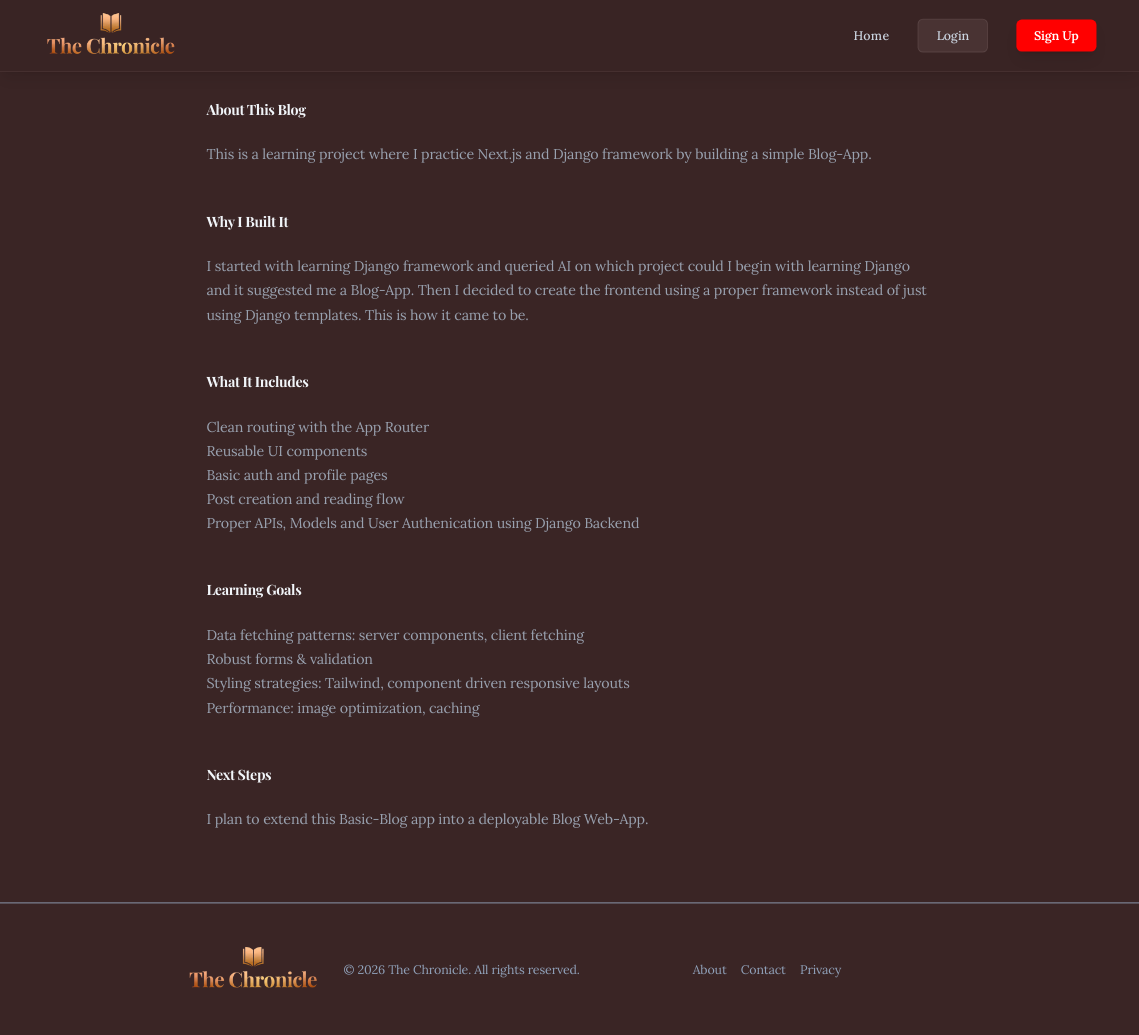
Repository: swaruplamsal/BasicBlogApp
Page: /about (app in blog-frontend/)
An editor plug-in stored every save of this project. The page is shown before and after the next save, followed by the edit.
The browser window is 1280 px wide. The pictures show the whole page, at 89% of full size.
The page's requests for data from a server got no answer. The project was rebuilt for these pictures with package versions that can differ from the ones it lists, and the page was loaded fresh each time. The framework's server and built-in components were replaced by stand-ins that run in the browser. No one was signed in, and anything a server would have sent is missing. Also part of the build but not shown: blog-frontend/next.config.mjs, blog-frontend/app/components/Avatar.js.

Above is the page before, as saved 2026-02-07 21:21:11.

### blog-frontend/app/layout.js
// app/layout.js
import { Lora, Playfair_Display } from "next/font/google";
import { AuthProvider } from "./context/AuthContext";
import { generateSiteMetadata } from "../lib/metadata";
import "./globals.css";

export const metadata = generateSiteMetadata();

const lora = Lora({
  subsets: ["latin"],
  weight: ["400", "500", "600", "700"],
  variable: "--font-lora",
});

const playfair = Playfair_Display({
  subsets: ["latin"],
  weight: ["400", "500", "600", "700", "900"],
  variable: "--font-playfair",
});

export default function RootLayout({ children }) {
  return (
    <html lang="en">
      <body className={`${lora.variable} ${playfair.variable}`}>
        <AuthProvider>{children}</AuthProvider>
      </body>
    </html>
  );
}

### blog-frontend/app/about/page.js
import Navbar from "../components/Navbar";
import Footer from "../components/Footer";

const sectionStyle = {
  marginTop: "1.5rem",
};

export default function About() {
  return (
    <div className="dark:bg-slate-950 text-gray-400">
      <Navbar />
      <main style={{ padding: "2rem", maxWidth: "880px", margin: "0 auto" }}>
        <h1>About This Blog</h1>
        <br />

        <p>
          This is a learning project where I practice Next.js and Django
          framework by building a simple Blog-App.
        </p>
        <br />
        <section style={sectionStyle}>
          <h2>Why I Built It</h2>
          <br />
          <p>
            I started with learning Django framework and queried AI on which
            project could I begin with learning Django and it suggested me a
            Blog-App. Then I decided to create the frontend using a proper
            framework instead of just using Django templates. This is how it
            came to be.
          </p>
        </section>
        <br />

        <section style={sectionStyle}>
          <h2>What It Includes</h2>
          <br />
          <ul>
            <li>Clean routing with the App Router</li>
            <li>Reusable UI components</li>
            <li>Basic auth and profile pages</li>
            <li>Post creation and reading flow</li>
            <li>
              Proper APIs, Models and User Authenication using Django Backend
            </li>
          </ul>
        </section>
        <br />

        <section style={sectionStyle}>
          <h2>Learning Goals</h2>
          <br />
          <ul>
            <li>Data fetching patterns: server components, client fetching</li>
            <li>Robust forms & validation</li>
            <li>
              Styling strategies: Tailwind, component driven responsive layouts
            </li>
            <li>Performance: image optimization, caching</li>
          </ul>
        </section>
        <br />

        <section style={sectionStyle}>
          <h2>Next Steps</h2>
          <br />
          <p>
            I plan to extend this Basic-Blog app into a deployable Blog Web-App.
          </p>
        </section>
      </main>
      <Footer />
    </div>
  );
}

### blog-frontend/app/context/AuthContext.js
"use client";

import { createContext, useContext, useState, useEffect } from "react";
import { authApi } from "../../lib/api";

const AuthContext = createContext();

// Helper function to get initial state from localStorage
function getInitialAuth() {
  if (typeof window === "undefined") {
    return { token: null, user: null };
  }

  const savedToken = localStorage.getItem("token");
  const savedUser = localStorage.getItem("user");

  return {
    token: savedToken || null,
    user: savedUser ? JSON.parse(savedUser) : null,
  };
}

export function AuthProvider({ children }) {
  const [user, setUser] = useState(() => getInitialAuth().user);
  const [token, setToken] = useState(() => getInitialAuth().token);

  // Sync user data with backend on mount if token exists
  useEffect(() => {
    if (typeof window === "undefined" || !token) return;

    const syncUserData = async () => {
      try {
        const completeUser = await authApi.getCurrentUser();
        setUser(completeUser);
        localStorage.setItem("user", JSON.stringify(completeUser));
      } catch (error) {
        // If sync fails, user might be logged out - clear auth state
        setToken(null);
        setUser(null);
        localStorage.removeItem("token");
        localStorage.removeItem("user");
      }
    };

    syncUserData();
  }, [token]);

  const login = async (username, password) => {
    try {
      const data = await authApi.login(username, password);

      setToken(data.token);
      localStorage.setItem("token", data.token);

      // Fetch complete user data including profile
      try {
        const completeUser = await authApi.getCurrentUser();
        setUser(completeUser);
        localStorage.setItem("user", JSON.stringify(completeUser));
      } catch (profileError) {
        // Fallback to basic user data if profile fetch fails
        setUser(data.user);
        localStorage.setItem("user", JSON.stringify(data.user));
      }

      return { success: true };
    } catch (error) {
      return { success: false, error: error.message };
    }
  };

  const signup = async (username, email, password) => {
    try {
      const data = await authApi.signup(username, email, password);

      setToken(data.token);
      setUser(data.user);
      localStorage.setItem("token", data.token);
      localStorage.setItem("user", JSON.stringify(data.user));
      return { success: true };
    } catch (error) {
      return { success: false, error: error.message };
    }
  };

  const logout = () => {
    setToken(null);
    setUser(null);
    localStorage.removeItem("token");
    localStorage.removeItem("user");
  };

  const refreshUser = async () => {
    if (!token) return;

    try {
      const completeUser = await authApi.getCurrentUser();
      setUser(completeUser);
      localStorage.setItem("user", JSON.stringify(completeUser));
    } catch (error) {
      console.log("Failed to refresh user data:", error.message);
    }
  };

  return (
    <AuthContext.Provider
      value={{ user, token, login, signup, logout, refreshUser }}
    >
      {children}
    </AuthContext.Provider>
  );
}

export function useAuth() {
  return useContext(AuthContext);
}

### blog-frontend/lib/metadata.js
// Helper functions for generating metadata

export const generateSiteMetadata = () => ({
  title: {
    template: "%s | The Chronicle",
    default: "The Chronicle - Where Stories Matter",
  },
  description:
    "Discover thoughtful perspectives, compelling narratives, and insights that challenge the ordinary.",
  keywords: ["blog", "stories", "articles", "writing", "chronicle"],
  authors: [{ name: "The Chronicle Team" }],
  openGraph: {
    type: "website",
    locale: "en_US",
    siteName: "The Chronicle",
  },
  twitter: {
    card: "summary_large_image",
  },
  // Fallback favicon / site icon. Place a file at public/favicon.png (or /favicon.ico)
  icons: {
    icon: "/favicon.png",
    apple: "/favicon.png",
  },
});

export const generatePostMetadata = (post) => {
  if (!post) return {};

  return {
    title: post.title,
    description: post.content.substring(0, 160) + "...",
    keywords: post.tags?.map((tag) => tag.name) || [],
    authors: [{ name: post.author?.username || "Anonymous" }],
    openGraph: {
      title: post.title,
      description: post.content.substring(0, 160) + "...",
      type: "article",
      publishedTime: post.created_at,
      modifiedTime: post.updated_at,
      authors: [post.author?.username || "Anonymous"],
      tags: post.tags?.map((tag) => tag.name) || [],
    },
    twitter: {
      card: "summary_large_image",
      title: post.title,
      description: post.content.substring(0, 160) + "...",
    },
  };
};

### blog-frontend/app/globals.css
@import "tailwindcss";

@layer base {
  :root {
    /* Bold Editorial Theme - Color Hunt Palette */
    --background: #3a2525;
    --background-elevated: #4a3535;
    --background-hover: #5a4545;
    --foreground: #f1f5f9;
    --foreground-muted: #cbd5e1;
    --foreground-subtle: #94a3b8;

    /* Accent Colors */
    --accent: #ff0000;
    --accent-hover: #cc0000;
    --accent-light: #ff3333;
    --accent-secondary: #9e2a2a;
    --navy: #000080;
    --navy-hover: #0000a0;

    /* Borders & Dividers */
    --border: #5a4545;
    --border-light: #6a5555;

    /* Semantic Colors */
    --success: #10b981;
    --error: #ff0000;
    --warning: #ff0000;
  }

  body {
    background: var(--background);
    color: var(--foreground);
    font-family:
      var(--font-lora),
      -apple-system,
      BlinkMacSystemFont,
      "Segoe UI",
      Roboto,
      sans-serif;
    line-height: 1.7;
    -webkit-font-smoothing: antialiased;
    -moz-osx-font-smoothing: grayscale;
    letter-spacing: -0.011em;
  }

  h1,
  h2,
  h3,
  h4,
  h5,
  h6 {
    font-family: var(--font-playfair), Georgia, serif;
    font-weight: 700;
    line-height: 1.25;
    color: var(--foreground);
    letter-spacing: -0.025em;
  }
}

@layer components {
  /* Custom Scrollbar */
  ::-webkit-scrollbar {
    width: 8px;
  }

  ::-webkit-scrollbar-track {
    background: var(--background);
  }

  ::-webkit-scrollbar-thumb {
    background: var(--accent);
    border-radius: 4px;
  }

  ::-webkit-scrollbar-thumb:hover {
    background: var(--accent-hover);
  }

  /* Smooth transitions */
  * {
    transition-property:
      background-color, border-color, color, fill, stroke, transform, opacity;
    transition-timing-function: cubic-bezier(0.4, 0, 0.2, 1);
    transition-duration: 200ms;
  }

  /* Editorial Utilities */
  .editorial-gradient {
    background: linear-gradient(
      135deg,
      var(--background) 0%,
      var(--background-elevated) 100%
    );
  }

  .text-gradient {
    background: linear-gradient(135deg, #ff0000, #9e2a2a);
    -webkit-background-clip: text;
    -webkit-text-fill-color: transparent;
    background-clip: text;
  }

  .reading-progress {
    position: fixed;
    top: 0;
    left: 0;
    height: 3px;
    background: linear-gradient(90deg, #ff0000, #9e2a2a);
    z-index: 9999;
    transition: width 0.1s ease-out;
  }

  .card-hover {
    transition: all 0.3s cubic-bezier(0.4, 0, 0.2, 1);
  }

  .card-hover:hover {
    transform: translateY(-2px);
    box-shadow: 0 20px 40px -12px rgba(255, 0, 0, 0.2);
    border-color: #6a5555 !important;
  }

  /* Button Styles */
  .btn-primary {
    background-color: #ff0000;
    box-shadow: 0 10px 25px -5px rgba(255, 0, 0, 0.3);
    transition: all 0.3s ease;
  }

  .btn-primary:hover {
    background-color: #cc0000;
    box-shadow: 0 15px 30px -5px rgba(255, 0, 0, 0.4);
  }

  /* Link Styles */
  .link-red {
    color: #ff0000;
    transition: color 0.2s ease;
  }

  .link-red:hover {
    color: #ff3333;
  }

  .link-nav {
    color: #cbd5e1;
    transition: color 0.2s ease;
  }

  .link-nav:hover {
    color: #ff0000;
  }

  /* Article Title */
  .article-title {
    color: #f1f5f9;
    transition: color 0.3s ease;
  }

  .article-title:hover {
    color: #ff0000;
  }

  /* Tag Styles */
  .tag {
    color: #94a3b8;
    background-color: rgba(90, 69, 69, 0.5);
    border: 1px solid rgba(106, 85, 85, 0.5);
    transition: all 0.2s ease;
  }

  .tag:hover {
    border-color: #9e2a2a;
    color: #cbd5e1;
  }
  /* Form Styles */
  .form-input {
    background-color: rgba(90, 69, 69, 0.5);
    border: 1px solid #6a5555;
    color: #f1f5f9;
    transition: all 0.2s ease;
  }

  .form-input:focus {
    outline: none;
    border-color: #ff0000;
    background-color: rgba(90, 69, 69, 0.7);
  }

  .form-label {
    color: #cbd5e1;
  }

  .form-container {
    background-color: rgba(74, 53, 53, 0.5);
    border: 1px solid #5a4545;
  }

  .btn-secondary {
    background-color: rgba(90, 69, 69, 0.8);
    color: #cbd5e1;
    border: 1px solid #6a5555;
    transition: all 0.2s ease;
  }

  .btn-secondary:hover {
    background-color: rgba(90, 69, 69, 1);
    border-color: #7a6565;
  }

  .btn-danger {
    background-color: rgba(158, 42, 42, 0.8);
    color: #fff;
    border: 1px solid #9e2a2a;
    transition: all 0.2s ease;
  }

  .btn-danger:hover {
    background-color: #9e2a2a;
  }

  .btn-success {
    background-color: rgba(16, 185, 129, 0.8);
    color: #fff;
    transition: all 0.2s ease;
  }

  .btn-success:hover {
    background-color: rgb(16, 185, 129);
  }

  /* ========================================
   LOADING & ANIMATION STYLES
   ======================================== */

  /* Shimmer effect for skeleton loaders */
  @keyframes shimmer {
    0% {
      transform: translateX(-100%);
    }
    100% {
      transform: translateX(100%);
    }
  }

  .animate-shimmer {
    animation: shimmer 2s infinite;
  }

  /* Fade in animation */
  @keyframes fade-in {
    from {
      opacity: 0;
    }
    to {
      opacity: 1;
    }
  }

  .animate-fade-in {
    animation: fade-in 0.5s ease-out;
  }

  /* Fade in and slide up animation */
  @keyframes fade-in-up {
    from {
      opacity: 0;
      transform: translateY(20px);
    }
    to {
      opacity: 1;
      transform: translateY(0);
    }
  }

  .animate-fade-in-up {
    animation: fade-in-up 0.6s ease-out;
  }

  /* Scale in animation */
  @keyframes scale-in {
    from {
      opacity: 0;
      transform: scale(0.95);
    }
    to {
      opacity: 1;
      transform: scale(1);
    }
  }

  .animate-scale-in {
    animation: scale-in 0.4s ease-out;
  }

  /* Smooth transitions for all interactive elements */
  .transition-smooth {
    transition: all 0.3s cubic-bezier(0.4, 0, 0.2, 1);
  }
}

### blog-frontend/app/components/Navbar.js
// app/components/Navbar.js
"use client";

import dynamic from "next/dynamic";
import Link from "next/link";
import Image from "next/image";

const NavbarAuth = dynamic(() => import("./NavbarAuth"), { ssr: false });

export default function Navbar() {
  return (
    <nav
      className="sticky top-0 z-50 backdrop-blur-xl border-b shadow-lg"
      style={{
        backgroundColor: "rgba(58, 37, 37, 0.8)",
        borderColor: "rgba(90, 69, 69, 0.5)",
      }}
    >
      <div className="max-w-7xl mx-auto px-6 sm:px-8 lg:px-12">
        <div className="flex justify-between items-center h-20">
          {/* Logo */}
          <Link
            href="/"
            className="group flex items-center gap-3 hover:opacity-80 transition-opacity"
          >
            {/* Replace the inline svg with a logo image from public/images/logo.png */}
            <div>
              <Image
                src="/images/logo.png"
                alt="Editorial logo"
                width={150}
                height={150}
                className="object-cover"
                priority
              />
            </div>
          </Link>

          {/* Nav Links */}
          <div className="flex items-center gap-8">
            <Link
              href="/"
              className="link-nav font-medium text-sm tracking-wide"
            >
              Home
            </Link>
            <NavbarAuth />
          </div>
        </div>
      </div>
    </nav>
  );
}

### blog-frontend/app/components/Footer.js
import Image from "next/image";
import Link from "next/link";
import SocialLinks from "./SocialLinks";

export default function Footer() {
  return (
    <footer className="border-t mt-12 py-8 text-slate-400 dark:bg-gray-900 dark:text-slate-400">
      <div className="max-w-4xl mx-auto px-4 flex flex-col md:flex-row items-center justify-between gap-4">
        <div className="flex items-center space-x-3">
          <Link href="/" className="flex items-center">
            <Image
              src="/images/logo.png"
              alt="Logo"
              width={150}
              height={150}
              className="rounded-sm"
            />
          </Link>
          <p className="text-sm ml-4">
            © {new Date().getFullYear()} The Chronicle. All rights reserved.
          </p>
        </div>

        <nav className="flex items-center space-x-4" aria-label="Footer">
          <Link
            href="/about"
            className="text-sm text-slate-400 hover:text-red-600 transition-colors duration-200 dark:text-slate-400 dark:hover:text-red-400 active:text-red-900 focus:outline-none focus-visible:ring-2 focus-visible:ring-red-300 rounded"
          >
            About
          </Link>
          <Link
            href="/contact"
            className="text-sm text-slate-400 hover:text-red-600 transition-colors duration-200 dark:text-slate-400 dark:hover:text-red-400 active:text-red-900 focus:outline-none focus-visible:ring-2 focus-visible:ring-red-300 rounded"
          >
            Contact
          </Link>
          <Link
            href="/privacy"
            className="text-sm text-slate-400 hover:text-red-600 transition-colors duration-200 dark:text-slate-400 dark:hover:text-red-400 active:text-red-900 focus:outline-none focus-visible:ring-2 focus-visible:ring-red-300 rounded"
          >
            Privacy
          </Link>
        </nav>

        <div>
          <SocialLinks />
        </div>
      </div>
    </footer>
  );
}

Loaded but not shown: blog-frontend/lib/api.js (library); blog-frontend/app/components/NavbarAuth.js (180 lines, source omitted); blog-frontend/app/components/SocialLinks.js (86 lines, source omitted)

After the next save:
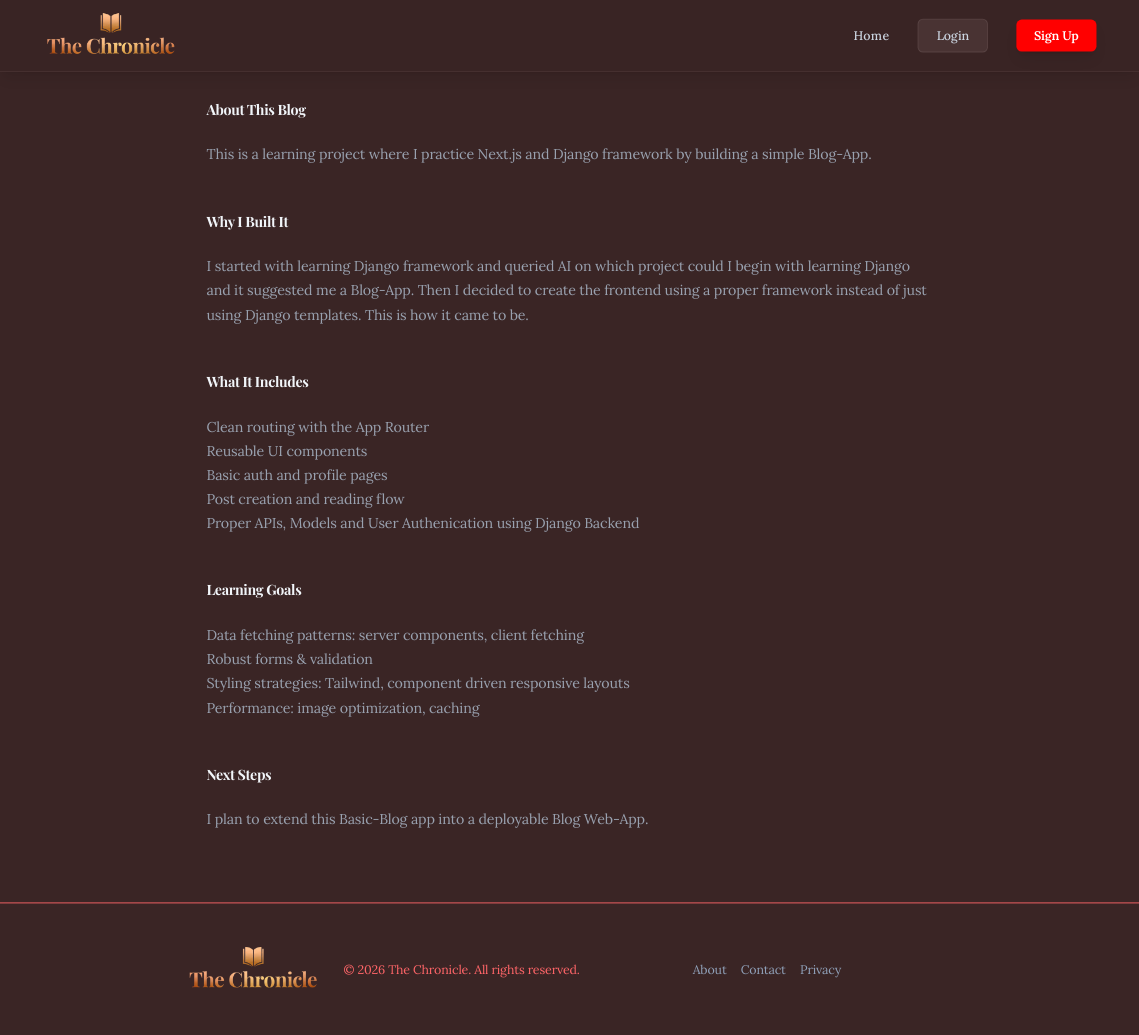
Saved 38 s later.
--- a/blog-frontend/app/components/Footer.js
+++ b/blog-frontend/app/components/Footer.js
@@ -4,7 +4,7 @@
 
 export default function Footer() {
   return (
-    <footer className="border-t mt-12 py-8 text-slate-400 dark:bg-gray-900 dark:text-slate-400">
+    <footer className="border-t mt-12 py-8 text-red-400 dark:bg-gray-900 dark:text-slate-400">
       <div className="max-w-4xl mx-auto px-4 flex flex-col md:flex-row items-center justify-between gap-4">
         <div className="flex items-center space-x-3">
           <Link href="/" className="flex items-center">

After the save that followed:
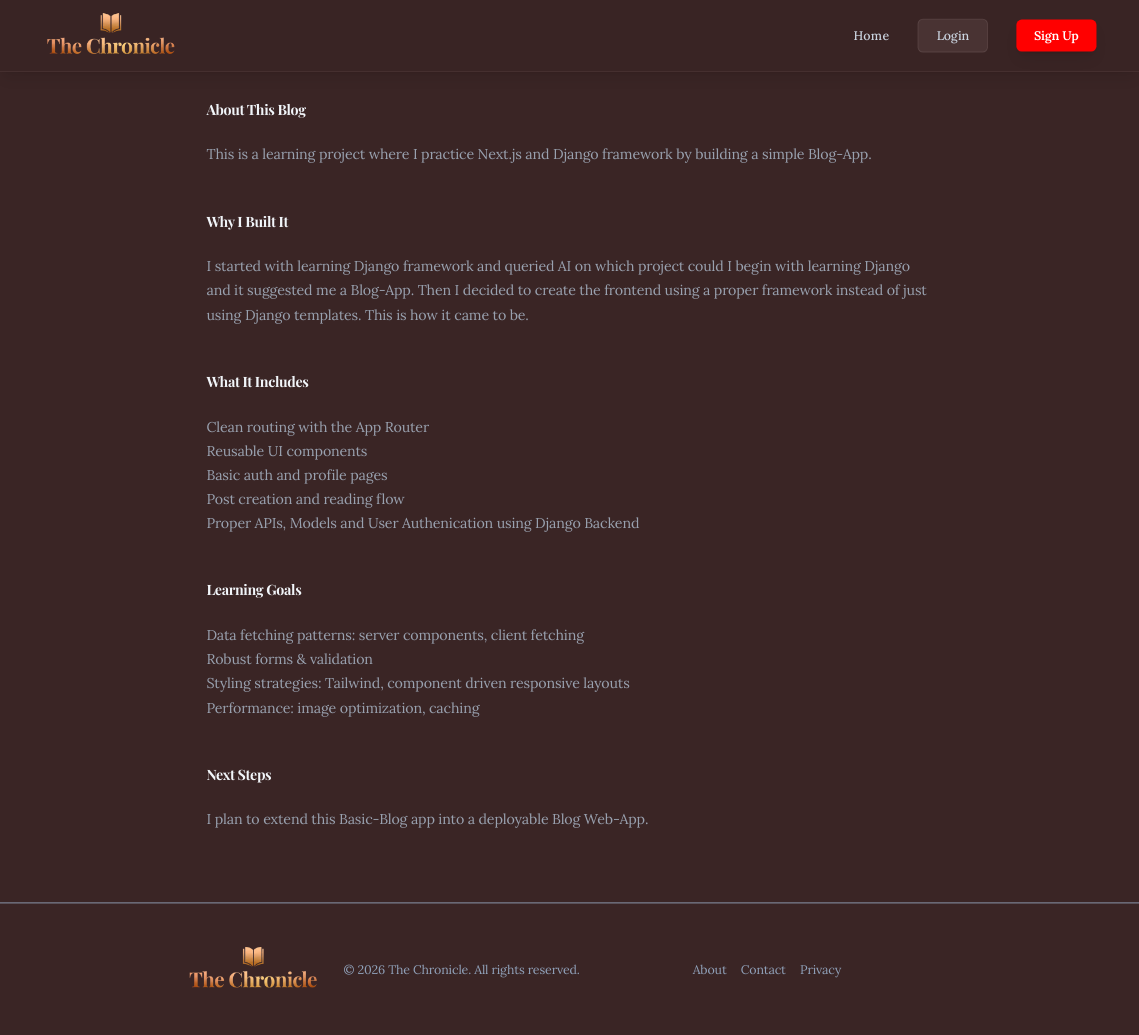
Saved 6 s later.
--- a/blog-frontend/app/components/Footer.js
+++ b/blog-frontend/app/components/Footer.js
@@ -4,7 +4,7 @@
 
 export default function Footer() {
   return (
-    <footer className="border-t mt-12 py-8 text-red-400 dark:bg-gray-900 dark:text-slate-400">
+    <footer className="border-t mt-12 py-8 text-slate-400 dark:bg-gray-900 dark:text-slate-400">
       <div className="max-w-4xl mx-auto px-4 flex flex-col md:flex-row items-center justify-between gap-4">
         <div className="flex items-center space-x-3">
           <Link href="/" className="flex items-center">
